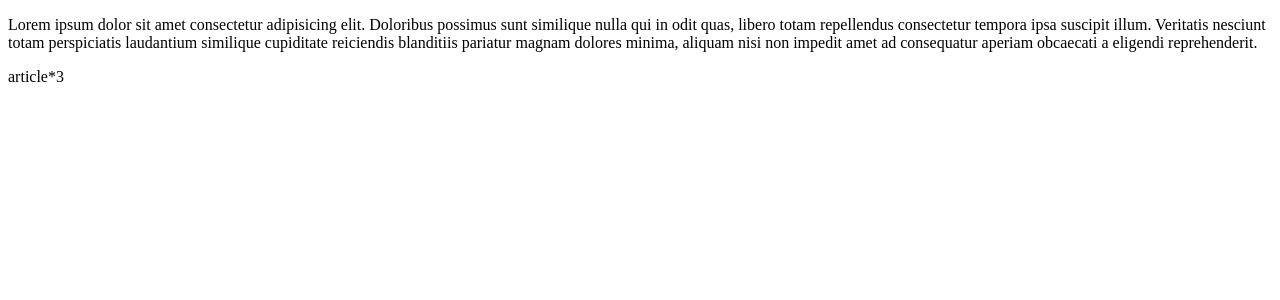
Repository: KikiMcArron/Don_Kiki_McArron
Page: index.html
These files come from the project's save history. The page is drawn as it stood at one moment and after the next save; the edit follows.
The browser window is 1280 px wide. The pictures show the whole page.

Above is the page before, as saved 2022-04-08 12:24:08.

After the next save:
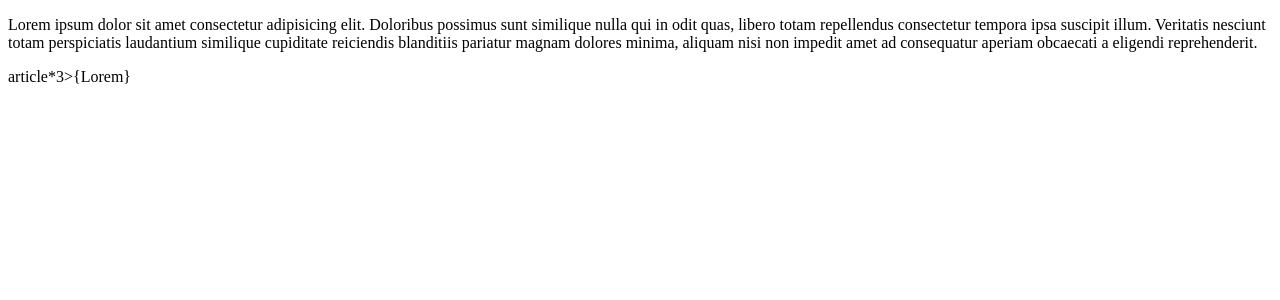
Saved 8 s later.
--- a/index.html
+++ b/index.html
@@ -23,7 +23,7 @@
             </article>
         </section>
         <section class="prev_entries">
-            article*3
+            article*3>{Lorem}
         </section>
         <section class="hitory_entries"></section>
     </main>
